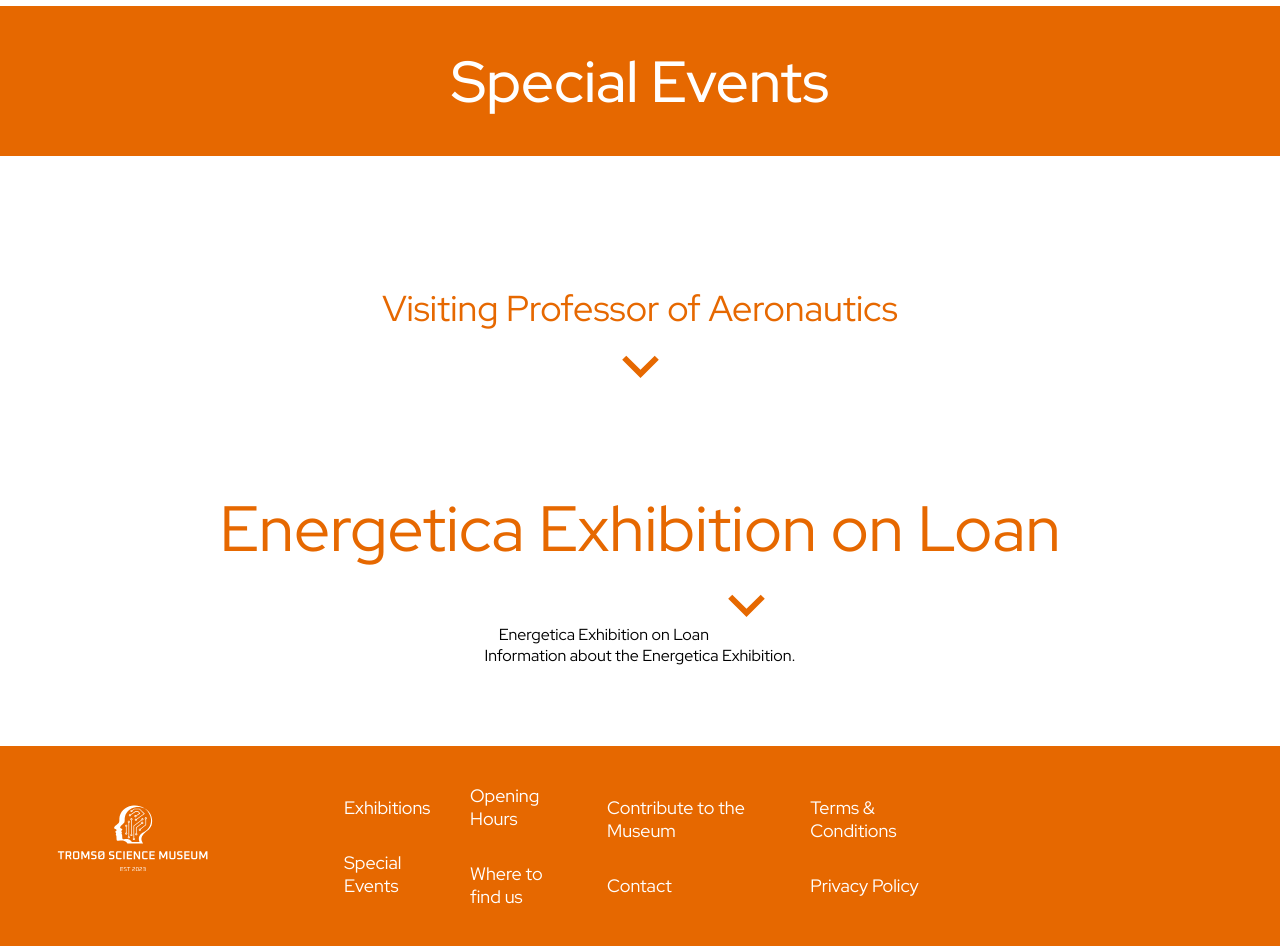
Repository: benjaminskarding/Semester-Project
Page: index.html
The author's editor kept a copy of each file at every save. The page is drawn from the files as they stood at one save, then again after the next save.
The browser window is 1280 px wide. The pictures show the part of the page from y = 5123 to 6075 px (the page is 6069 px tall before and 6075 px after).
A picture or video elsewhere on the page could not be fetched, so the positions and the page height are approximate.

Above is the page before, as saved 2023-12-04 12:37:24.

After the next save:
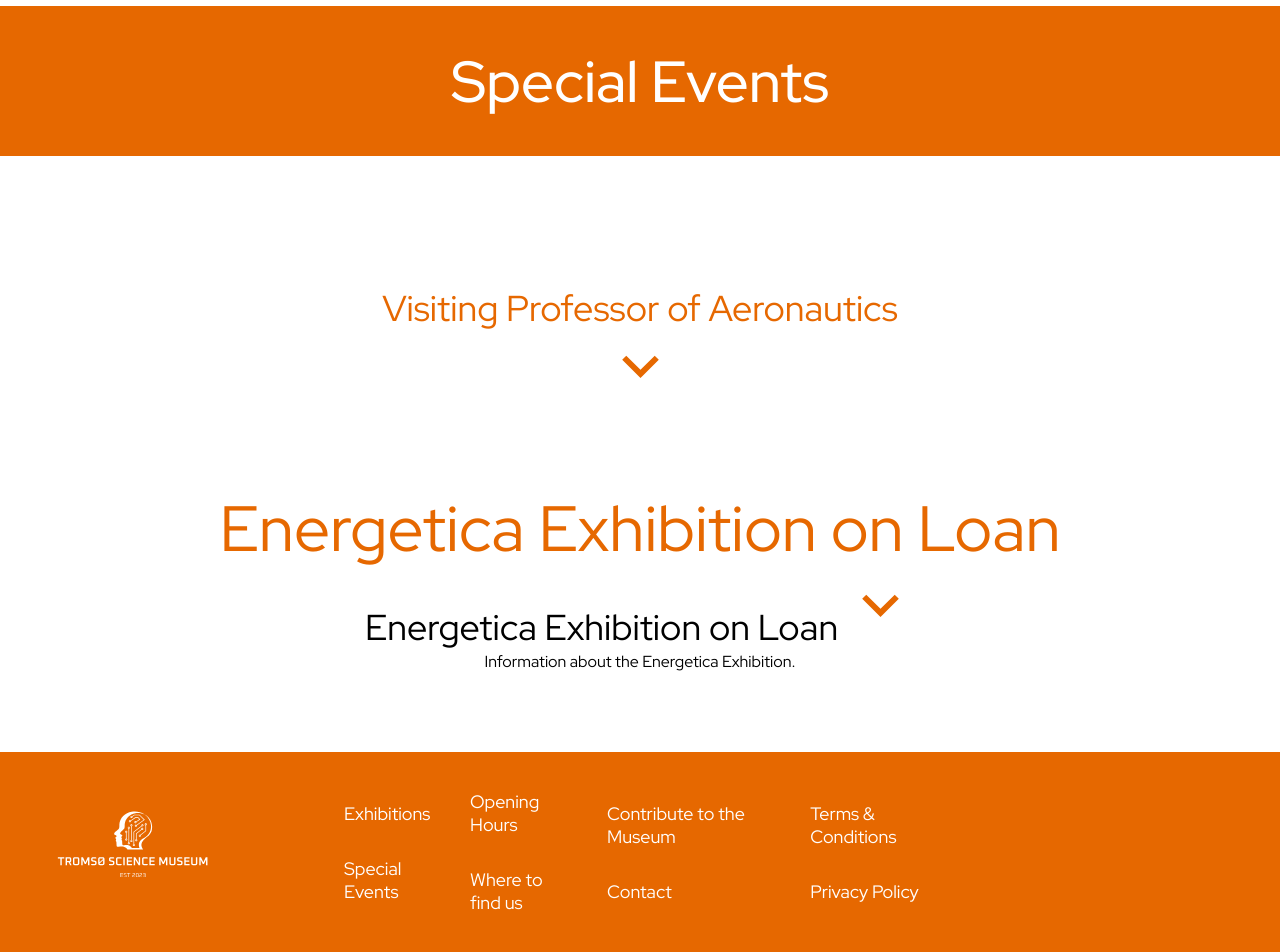
Saved 2 s later.
--- a/index.html
+++ b/index.html
@@ -277,7 +277,7 @@
             <div class="specSection">
                 <h2 class="orange regular">Energetica Exhibition on Loan</h2>
             </div>
-            <a href="#EnergeticaExhibition" id="EnergeticaExhibition">
+            <a href="#EnergeticaExhibition" id="EnergeticaExhibition" class="energeticaExhib">
                 Energetica Exhibition on Loan
                 <!-- Inline SVG for the arrow -->
                 <img src="assets/images/icons/arrow-down-s-line.svg" class="arrow">
